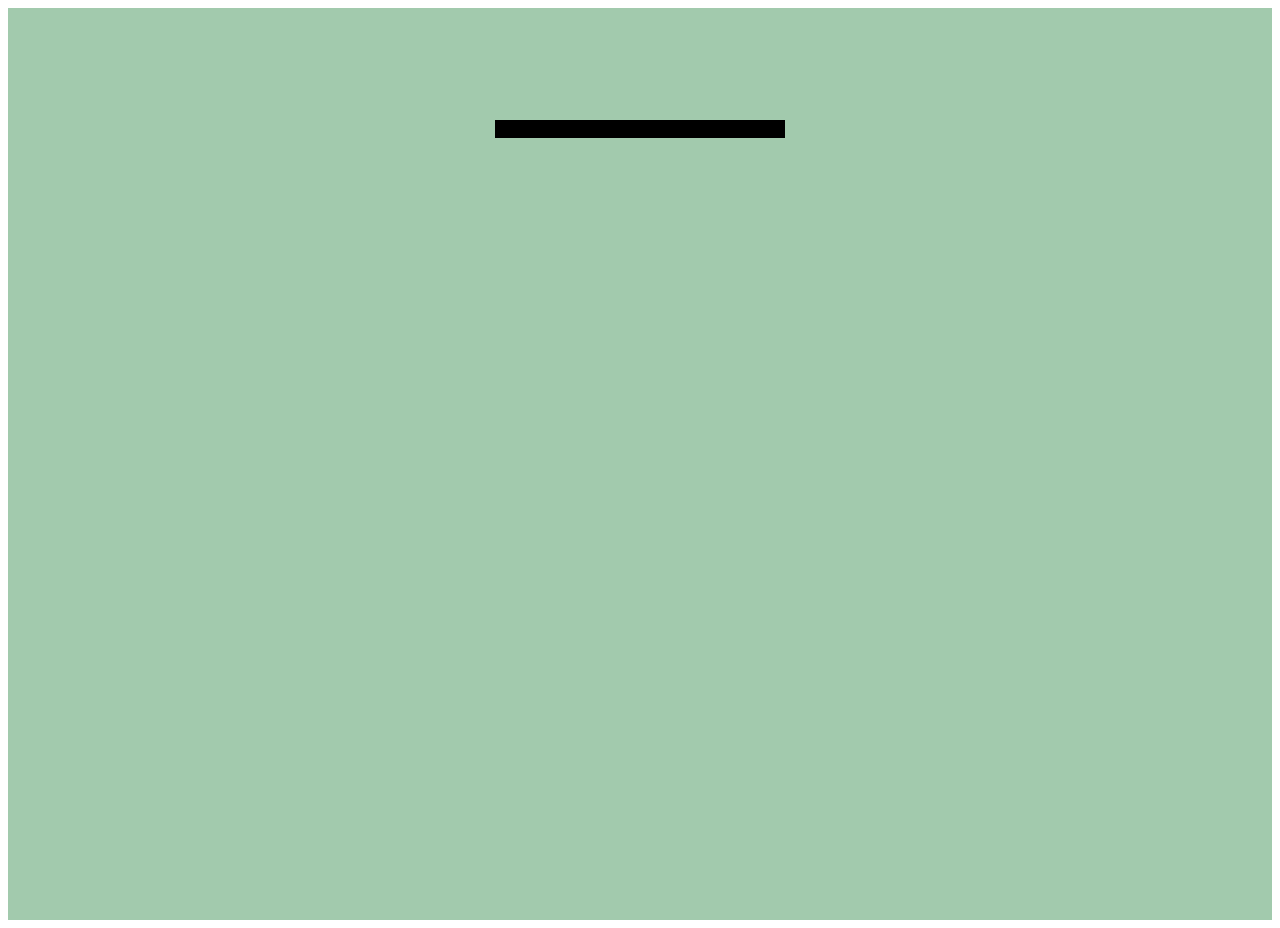
Repository: k8ANStar/Questify
Page: /
The author's editor kept a copy of each file at every save. The page is drawn from the files as they stood at one save, then again after a run of saves.
The browser window is 1280 px wide. The pictures show the whole page.
The project was rebuilt for these pictures with package versions that can differ from the ones it lists, and the page was loaded fresh each time. The framework's server and built-in components were replaced by stand-ins that run in the browser. Also part of the build but not shown: next.config.mjs.

Above is the page before, as saved 2024-03-24 21:51:18.

After the next 4 saves:
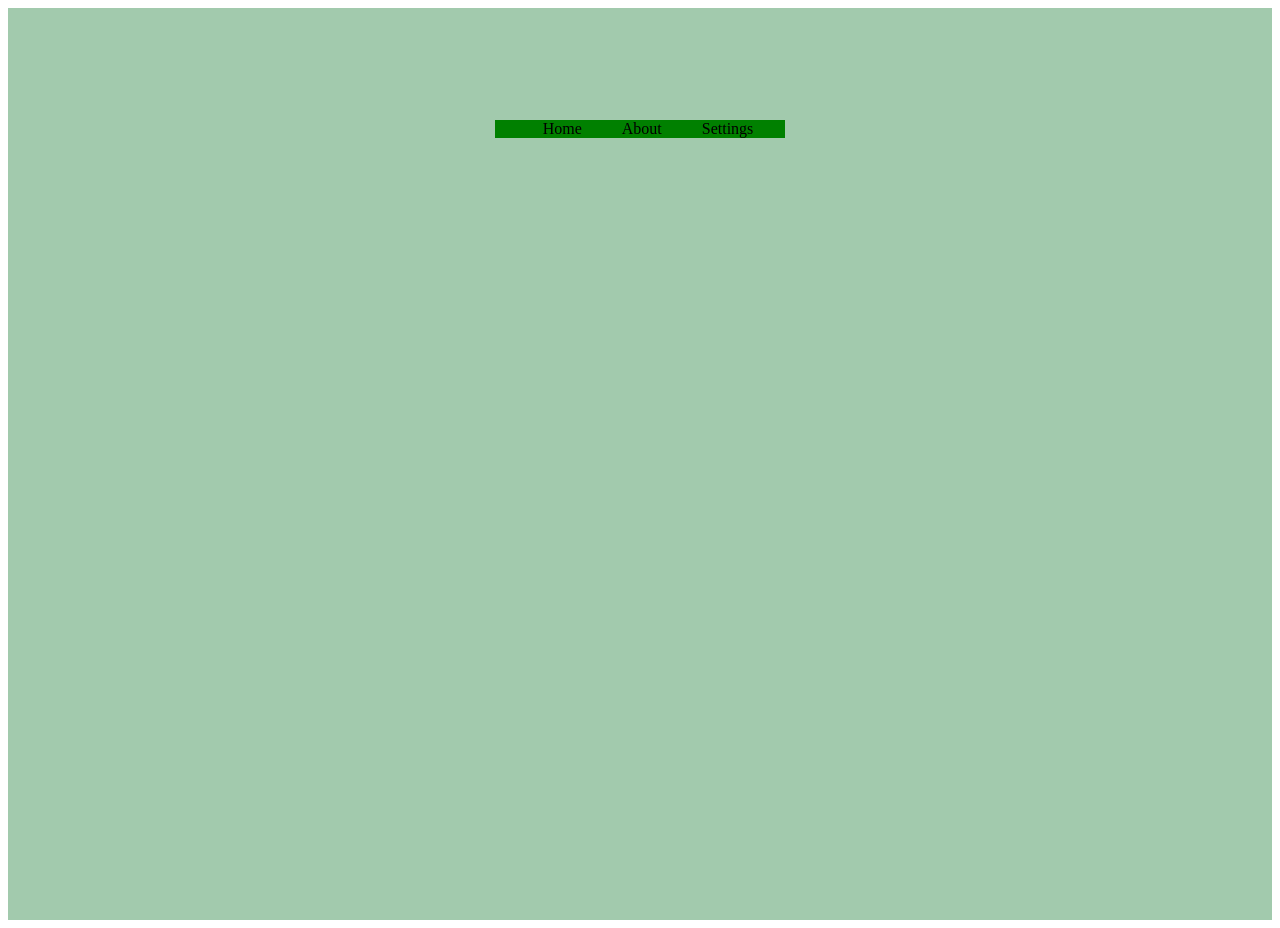
The 4 saves are shown as one change because they came seconds apart.
The last was saved 10 s later.
--- a/components/Header/Header.module.css
+++ b/components/Header/Header.module.css
@@ -2,7 +2,7 @@
 	display: flex;
 	list-style-type: none;
 	text-decoration: none;
-    background-color: black;
+    background-color: green;
 }
 
 .home,
